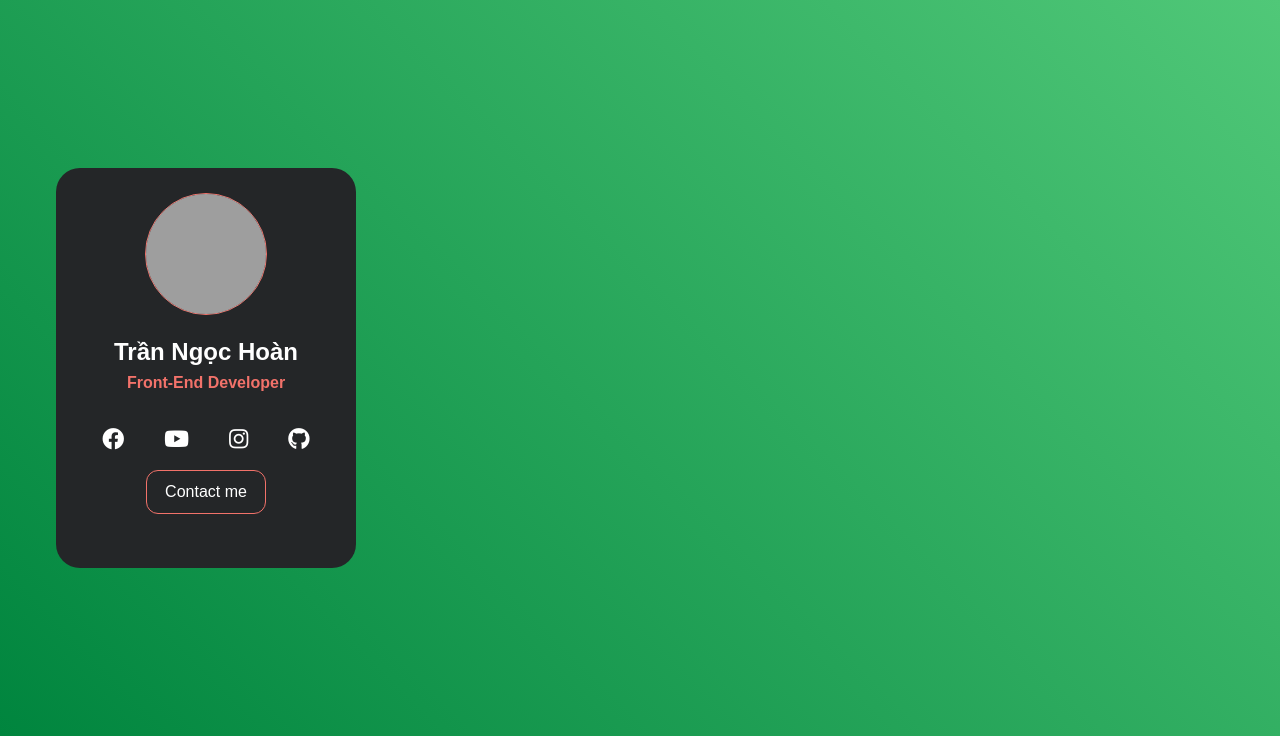
Repository: HoanTiny/30projects-30day
Page: Day 2/index.html
An editor plug-in stored every save of this project. The page is shown before and after the next save, followed by the edit.
The browser window is 1280 px wide. The pictures show the whole page.
Pictures or frames that could not be fetched are drawn as grey boxes. Some web libraries are served in a nearby version.

Above is the page before, as saved 2021-11-30 21:31:51.

### Day 2/index.html
<!DOCTYPE html>
<html lang="en">
    <head>
        <meta charset="UTF-8" />
        <meta http-equiv="X-UA-Compatible" content="IE=edge" />
        <meta name="viewport" content="width=device-width, initial-scale=1.0" />
        <title>Day 2</title>
        <link
            rel="stylesheet"
            href="https://use.fontawesome.com/releases/v5.13.0/css/all.css"
            integrity="sha384-Bfad6CLCknfcloXFOyFnlgtENryhrpZCe29RTifKEixXQZ38WheV+i/6YWSzkz3V"
            crossorigin="anonymous"
        />
        <link rel="stylesheet" href="./style.css">
    </head>
    <body>
        <div class="container">
            <ul class="card-list">
                <li class="card-item">
                    <div class="card-item-img">
                        <img  src="https://scontent.fhan3-1.fna.fbcdn.net/v/t1.6435-9/157852677_1639854009539301_6816323171281456412_n.jpg?_nc_cat=102&ccb=1-5&_nc_sid=09cbfe&_nc_ohc=XVa0LNTU2EsAX_R0DIB&_nc_ht=scontent.fhan3-1.fna&oh=e10dbaffbb6516a088232d98e0eb552f&oe=61CB24BE"></img>
                    </div>
                    <p class="card-item-name">Trần Ngọc Hoàn</p>
                    <p class="card-item-duty">Front-End Developer</p>
                    <div class="social-media-list">
                        <a href="https://www.facebook.com/hoandz93/" class="social-media-item"><i class="fab fa-facebook facebook-icon"></i></a>
                        <a href="https://www.youtube.com/watch?v=BBxEgnH-tQU" class="social-media-item"><i class="fab fa-youtube"></i></a>
                        <a href="https://www.instagram.com/tran.ngochoan24/" class="social-media-item"><i class="fab fa-instagram"></i></a>
                        <a href="https://github.com/HoanTiny" class="social-media-item"><i class="fab fa-github"></i></a>
                    </div>
                    <a href="mailto: thedevil0903@gmail.com" class="card-item-contact">Contact me</a>
                </li>
            </ul>
        </div>
    </body>
</html>

### Day 2/style.css
* {
    font-family: "Poppins", sans-serif;
}

body {
    background: linear-gradient(45deg, #00853e, #50c878);
    display: flex;
    align-items: center;
    justify-content: center;
    height: 100vh;
}

a {
    text-decoration: none;
}

.container {
    display: flex;
    width: 100%;
    padding: 12px 48px;
}

.card-list {
    padding-left: 0;
    display: flex;
}

.card-item {
    width: 300px;
    height: 400px;
    background-color: #242628;
    display: flex;
    flex-direction: column;
    align-items: center;
    border-radius: 24px;
    overflow: hidden;
}

.card-item-img {
    width: 120px;
    height: 120px;
    overflow: hidden;
    transition: 0.25s;
    margin: 0 auto;
    transform: translateY(25px);
    border-radius: 50%;
    border: 1px solid #f2726a;
}

img {
    object-fit: cover;
    object-position: center;
    width: 100%;
    height: 100%;
}

.card-item-img:hover {
    width: 100%;
    height: 100%;
    border-radius: unset;
    border: unset;
    transform: unset;
}
.card-item-name {
    color: #fff;
    margin-top: 48px;
    margin-bottom: 0;
    font-size: 24px;
    font-weight: bold;
}

.card-item-duty {
    color: #f2726a;
    font-weight: bold;
    margin-top: 8px;
    font-size: 16px;
}

.social-media-list {
    display: flex;
}

.social-media-item i {
    font-size: 22px;
    color: #fff;
    margin: 20px;
}

.card-item-contact {
    color: #fff;
    border: 1px solid #f2726a;
    padding: 12px 18px;
    border-radius: 12px;
}

After the next save:
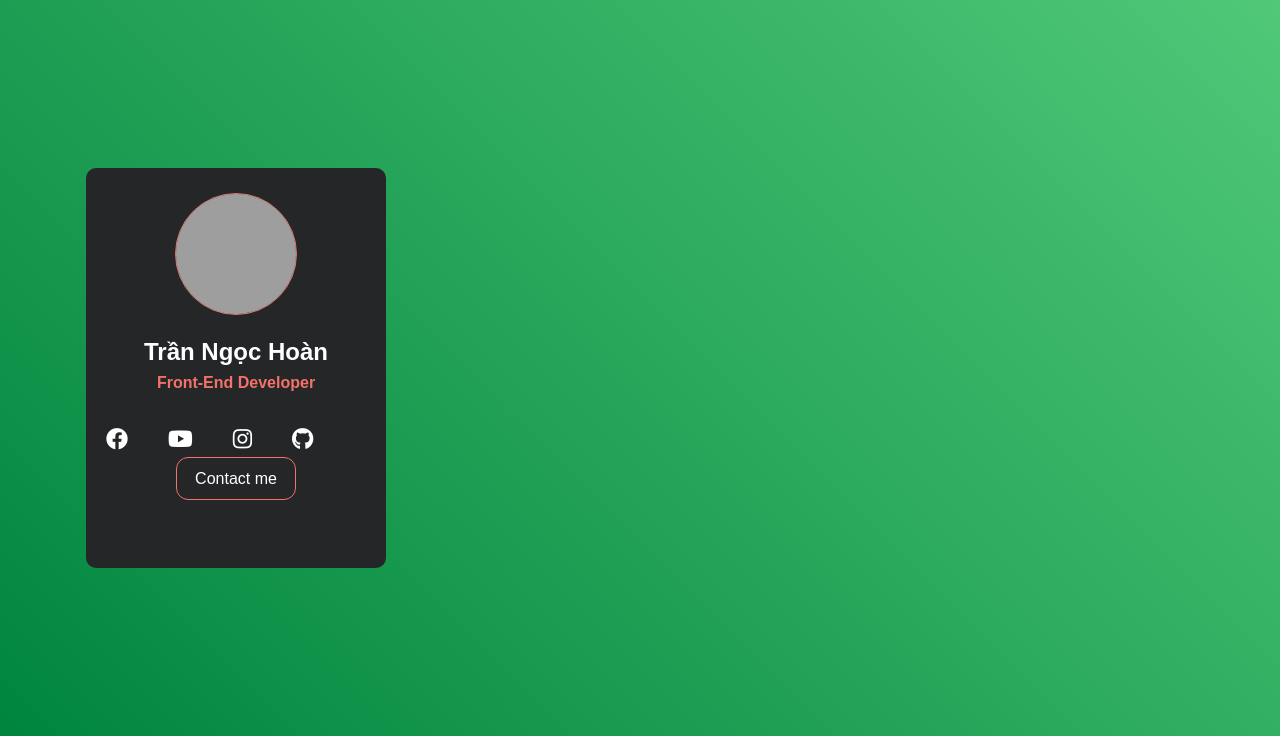
Saved 2 min 20 s later.
--- a/Day 2/style.css
+++ b/Day 2/style.css
@@ -28,12 +28,11 @@ a {
 .card-item {
     width: 300px;
     height: 400px;
+    border-radius: 10px;
+    text-align: center;
     background-color: #242628;
-    display: flex;
-    flex-direction: column;
-    align-items: center;
-    border-radius: 24px;
     overflow: hidden;
+    margin: 0 30px;
 }
 
 .card-item-img {
